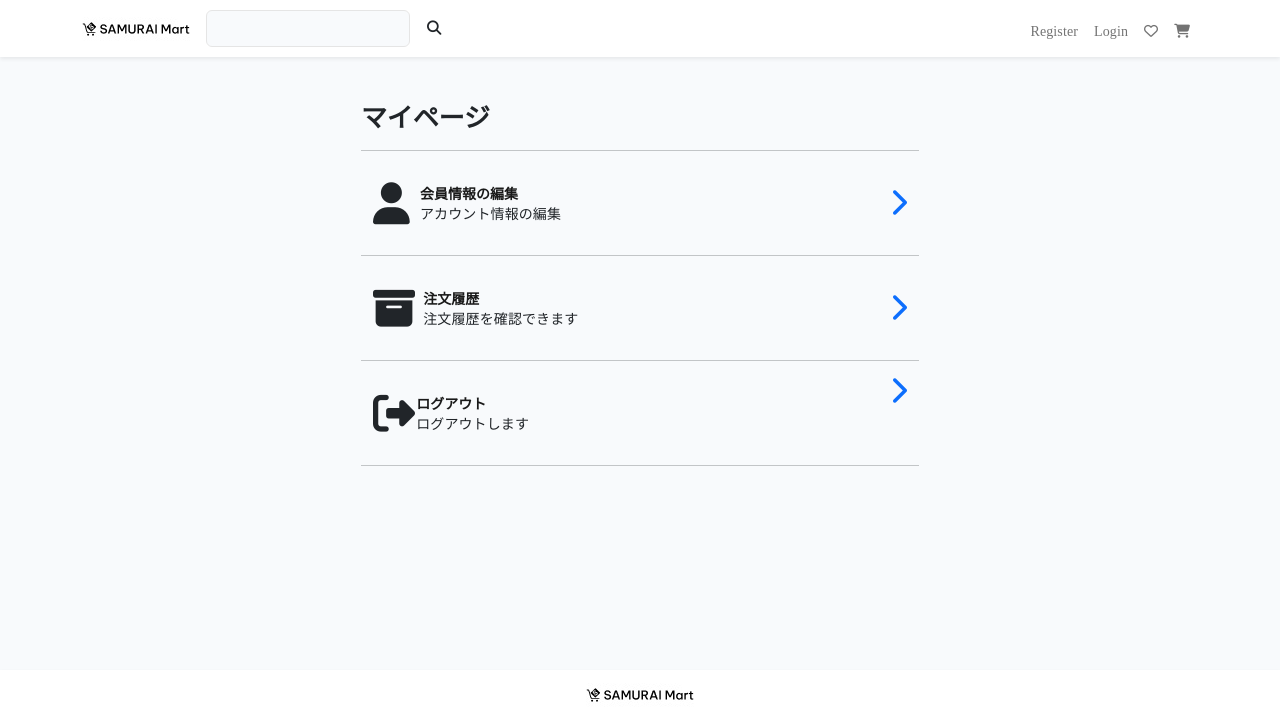
Repository: Satoshi514/laravel_samuraimart
Page: http://localhost/users/mypage
An editor plug-in stored every save of this project. The page is shown before and after the next save, followed by the edit.
The browser window is 1280 px wide. The pictures show the whole page.
Some web libraries are served in a nearby version. The page is served by the project's Laravel application, run on PHP 8.4 with Laravel 9. Other server files are loaded and not shown. Style sheets and scripts are compiled from the project's sources, by tool versions that may differ from the author's.

Above is the page before, as saved 2023-06-02 19:47:40.

### routes/web.php
<?php

use Illuminate\Support\Facades\Route;
use App\Http\Controllers\ProductController;
use App\Http\Controllers\UserController;
use App\Http\Controllers\ReviewController;

/*
|--------------------------------------------------------------------------
| Web Routes
|--------------------------------------------------------------------------
|
| Here is where you can register web routes for your application. These
| routes are loaded by the RouteServiceProvider within a group which
| contains the "web" middleware group. Now create something great!
|
*/

Route::get('/', function () {
    return view('welcome');
});

Route::controller(UserController::class)->group(function () {
    Route::get('users/mypage', 'mypage')->name('mypage');
    Route::get('users/mypage/edit', 'edit')->name('mypage.edit');
    Route::put('users/mypage', 'update')->name('mypage.update');
    Route::get('users/mypage/password/edit', 'edit_password')->name('mypage.edit_password');
    Route::put('users/mypage/password','update_password')->name('mypage.update_password');
});

Route::post('reviews', [ReviewController::class, 'store'])->name('reviews.store');

Route::get('products/{product}/favorite', [ProductController::class, 'favorite'])->name('products.favorite');
Route::resource('products', ProductController::class)->middleware(['auth', 'verified']);
Auth::routes(['verify' => true]);

Route::get('/home', [App\Http\Controllers\HomeController::class, 'index'])->name('home');

### app/Http/Controllers/Usercontroller.php
<?php

namespace App\Http\Controllers;

use App\Models\User;
use Illuminate\Support\Facades\Auth;
use Illuminate\Http\Request;

class UserController extends Controller
{
    public function mypage() {
        $user = Auth::user();

        return view('users.mypage', compact('user'));
    }

    /**
     * Show the form for editing the specified resource.
     *
     * @param  \App\Models\User  $user
     * @return \Illuminate\Http\Response
     */
    public function edit(User $user)
    {
        $user = Auth::user();

        return view('users.edit', compact('user'));
    }

    /**
     * Update the specified resource in storage.
     *
     * @param  \Illuminate\Http\Request  $request
     * @param  \App\Models\User  $user
     * @return \Illuminate\Http\Response
     */
    public function update(Request $request, User $user)
    {
        $user = Auth::user();

        $user->name = $request->input('name') ? $request->input('name') : $user->name;
        $user->email = $request->input('email') ? $request->input('email') : $user->email;
        $user->postal_code = $request->input('postal_code') ? $request->input('postal_code') : $user->postal_code;
        $user->address = $request->input('address') ? $request->input('address') : $user->address;
        $user->phone = $request->input('phone') ? $request->input('phone') : $user->phone;
        $user->update();

        return to_route('mypage');
    }

    public function update_password(Request $request) {
        $validdatedData = $request->validate([
            'password' => 'required|confirmed',
        ]);

        $user = Auth::user();

        if($request->input('password') == $request->input('passqord_confirmation')) {
            $user->password = bcrypt($request->input('password'));
            $user->update();
        } else {
            return to_route('mypage.edit_password');
        }

        return to_route('mypage');
    }

    public function edit_password() {

        return view('users.edit_password');
    }
}

### resources/views/users/mypage.blade.php
@extends('layouts.app')

@section('content')
<div class="container d-flex justify-content-center mt-3">
  <div class="w-50">
    <h1>マイページ</h1>

    <hr>

    <div class="container">
      <div class="d-flex justify-content-between">
        <div class="row">
          <div class="col-2 d-flex align-items-center">
            <i class="fas fa-user fa-3x"></i>
          </div>
          <div class="col-9 d-flex align-items-center ms-2 mt-3">
            <div class="d-flex flex-column">
              <label for="user-name">会員情報の編集</label>
              <p>アカウント情報の編集</p>
            </div>
          </div>
        </div>
        <div class="d-flex align-items-center">
          <a href="{{ route('mypage.edit')}}">
            <i class="fas fa-chevron-right fa-2x"></i>
          </a>
        </div>
      </div>
    </div>

    <hr>

    <div class="container">
      <div class="d-flex justify-content-between">
        <div class="row">
          <div class="col-2 d-flex align-items-center">
             <i class="fas fa-archive fa-3x"></i>
          </div>
          <div class="col-9 d-flex align-items-center ms-2 mt-3">
            <div class="d-flex flex-column">
               <label for="user-name">注文履歴</label>
               <p>注文履歴を確認できます</p>
            </div>
          </div>
        </div>
        <div class="d-flex align-items-center">
           <a href="{{ route('mypage')}}">
             <i class="fas fa-chevron-right fa-2x"></i>
           </a>
         </div>
       </div>
     </div>

     <hr>

     <div class="container">
      <div class="d-flex justify-content-between">
        <div class="row">
          <div class="col-2 d-flex align-items-center">
            <i class="fas fa-sign-out-alt fa-3x"></i>
          </div>
          <div class="col-9 d-flex align-items-center ms-2 mt-3">
            <div class="d-flex flex-column">
            <label for="user-name">ログアウト</label>
            <p>ログアウトします</p>
          </div>
        </div>
      </div>
      <div class="d-flex flex-items-center">
        <a href="{{ route('logout') }}" onclick="event.preventDefault(); document.getElementById('logout-form').submit();">
            <i class="fas fa-chevron-right fa-2x"></i>
        </a>

        <form id="logout-form" action="{{ route('logout') }}" method="POST" style="display: none;">
           @csrf
        </form>
      </div>
    </div>
  </div>

  <hr>
 </div>
</div>
@endsection

### resources/views/layouts/app.blade.php
<!doctype html>
<html lang="{{ str_replace('_', '-', app()->getLocale()) }}">
<head>
    <meta charset="utf-8">
    <meta name="viewport" content="width=device-width, initial-scale=1">

    <!-- CSRF Token -->
    <meta name="csrf-token" content="{{ csrf_token() }}">

    <title>{{ config('app.name', 'Laravel') }}</title>

    <!-- Fonts -->
    <link rel="dns-prefetch" href="//fonts.bunny.net">
    <link href="https://fonts.bunny.net/css?family=Nunito" rel="stylesheet">

    <!-- Scripts -->
    @vite(['resources/sass/app.scss', 'resources/js/app.js'])
     <script src="https://kit.fontawesome.com/a29041c296.js" crossorigin="anonymous"></script>
    <!-- Styles -->
    <link href="{{ asset('css/samuraimart.css') }}" rel="stylesheet">
</head>
<body>
    <div id="app">
        @component('components.header')
        @endcomponent

        <main class="py-4 mb-5">
            @yield('content')
        </main>

        @component('components.footer')
        @endcomponent
    </div>
</body>
</html>

### resources/views/components/header.blade.php
<nav class="navbar navbar-expand-md navbar-light shadow-sm samuraimart-header-container">
  <div class="container">
    <a class="navbar-brand" href="{{ url('/') }}">
      <img src="{{asset('img/logo.jpg')}}">
    </a>
    <form class="row g-1">
      <div class="col-auto">
        <input class="form-control samuraimart-header-search-input">
      </div>
      <div class="col-auto">
        <button type="submit" class="btn samuraimart-header-search-button"><i class="fas fa-search samuraimart-header-search-icon"></i></button>
      </div>
    </form>
    <button class="navbar-toggler" type="button" data-bs-toggle="collapse" data-bs-target="#navbarSupportedContent" aria-controls="navbarSupportedContent" aria-expanded="false" aria-label="{{ __('Toggle navigation') }}">
      <span class="navbar-toggler-icon"></span>
    </button>

    <div class="collpase navbar-collapse" id="navbarSupportedContent">
      <!-- Right Side Of Navbar -->
      <ul class="navbar-nav ms-auto mr-5 mt-2">
        <!-- Authentication Links -->
        @guest
        <li class="nav-item mr-5">
          <a class="nav-link" href="{{ route('register') }}">{{ __('Register') }}</a>
        </li>
        <li class="nav-item mr-5">
          <a class="nav-link" href="{{ route('login') }}">{{ __('Login') }}</a>
        </li>
        <hr>
        <li class="nav-item mr-5">
          <a class="nav-link" href="{{ route('login') }}"><i class="far fa-heart"></i></a>
        </li>
        <li class="nav-item mr-5">
          <a class="nav-link" href="{{ route('login') }}"><i class="fas fa-shopping-cart"></i></a>
        </li>
        @else
        <li class="nav-item mr-5">
          <a class="nav-link" href="{{ route('mypage') }}">
            <i class="fas fa-user mr-1"></i><label>マイページ</label>
          </a>
        </li>
        @endguest
      </ul>
    </div>
  </div>
</nav>

### resources/views/components/footer.blade.php
<nav class="navbar navbar-expand-md navbar-light bg-white shadow-sm fixed-bottom mt-5">
  <a class="navbar-brand mx-auto" href="{{ url('/') }}">
    <img src="{{asset('img/logo.jpg')}}" class="img-fluid">
  </a>
</nav>

### public/css/samuraimart.css
@font-face {
  font-family: YuGo;
  src: local(YuGo-Medium),
  url(/path/to/YuGo/Medium.woffz) format("woff2"),
  url(/path/to/YuGo-Medium.woff) format("woff"),
  url(/path/to/YuGo-Medium.ttf) format("truetype");
  font-weight: 500;
  font-style: normal;
  font-stretch: normal;
}

@font-face {
  font-family: YuGo;
  src: local(YuGo-Bold),
  url(/psth/to/YuGo-Bold.woff2) format("woff2"),
  url(/path/to/YuGo-Bold.woff) format("woff"),
  url(/path/to/YuGo-Bold.ttf) format("truetype");
  font-weight: bold;
  font-style: normal;
  font-stretch: normal;
}

h1 {
  font-family: YuGo;
  font-size: 26px;
  font-weight: bold;
  font-stretch: normal;
  font-style: normal;
  line-height: normal;
  letter-spacing: -0.13px;
}

h2 {
  font-family: YuGo;
  font-size: 22px;
  font-weight: bold;
  font-stretch: normal;
  font-style: normal;
  line-height: normal;
  letter-spacing: normal;
}

h3 {
  font-family: YuGo;
  font-size: 18px;
  font-weight: bold;
  font-stretch: normal;
  font-style: normal;
  line-height: normal;
  letter-spacing: 0.08px;
  }

big {
  font-family: Yugo;
  font-size: 16px;
  font-weight: 500;
  font-stretch: normal;
  font-style: normal;
  line-height: normal;
  letter-spacing: 0.08px;
}

body {
  font-family: Yugo;
  font-size: 14px;
  font-weight: 500;
  font-weight: normal;
  font-style: normal;
  line-height: normal;
  letter-spacing: 0.11px;
}

caption {
  font-family: YuGo;
  font-size: 12px;
  font-weight: 500;
  font-stretch: normal;
  font-style: normal;
  line-height: normal;
  letter-spacing: 0.08px;
}

label {
  font-family: YuGo;
  font-size: 14px;
  font-weight: bold;
  font-stretch: normal;
  font-style: normal;
  line-height: normal;
  letter-spacing: normal;
  color: #191919;
}

.samuraimart-login-input {
  border-radius: 2px;
  border: solid 1px #b2b2b2;
  background-color: #ffffff;
}

.samuraimart-check-label {
  font-family: YuGo;
  font-size: 12px;
  font-weight: 500;
  font-stretch: normal;
  font-style: normal;
  line-height: normal;
  letter-spacing: normal;
  color: #000000;
}

.samuraimart-require-input-label {
  border-radius: 1px;
  background-color: #e2001b;
}

.samuraimart-require-input-label-text {
  font-family: YuGo;
  font-size: 14px;
  font-weight: 500;
  font-stretch: normal;
  font-style: normal;
  line-height: normal;
  letter-spacing: normal;
  color: #ffffff;
}

.samuraimart-submit-button {
  font-family: YuGo;
  font-size: 14px;
  font-weight: bold;
  font-stretch: normal;
  font-style: normal;
  line-height: normal;
  letter-spacing: normal;
  color: #ffffff;
  background-color: #0fbe9f;
}

.samuraimart-login-text {
  font-family: YuGo;
  font-size: 14px;
  font-weight: bold;
  font-stretch: normal;
  font-style: normal;
  line-height: normal;
  letter-spacing: normal;
  color: #0fbe9f;
}

.samuraimart-header-container {
  box-shadow: 0 1px 1px 0 rgba(0, 0, 0, 0.1);
  background-color: #ffffff;
}

.samuraimart-header-search-input {
  border: solid 1px #e5e5e5;
}

.samuraimart-header-serch-button {
  background-color: #0fbe9f;
}

.samuraimart-header-fav-icon {
  color: #191919;
}

.samuraimart-header-shoppingcart-icon {
  color: #ffffff;
}

.samuraimart-favorite-button {
  border-radius: 2px;
  border: solid 1px #0fbe9f;
  background-color: #ffffff;
}

.text-favorite {
  color: #0fbe9f;
}

.samuraimart-sidebar-category-label {
  width: 156px;
  height: 20px;
  font-family: YuGo;
  font-size: 13px;
  font-weight: 500;
  font-stretch: normal;
  font-style: normal;
  line-height: normal;
  letter-spacing: #191919;
}

Loaded but not shown: app/Providers/AppServiceProvider.php (common file); app/Http/Controllers/Auth/ConfirmPasswordController.php (common file); app/Http/Controllers/Controller.php (common file); resources/sass/app.scss (common file); resources/sass/_variables.scss (common file)

After the next save:
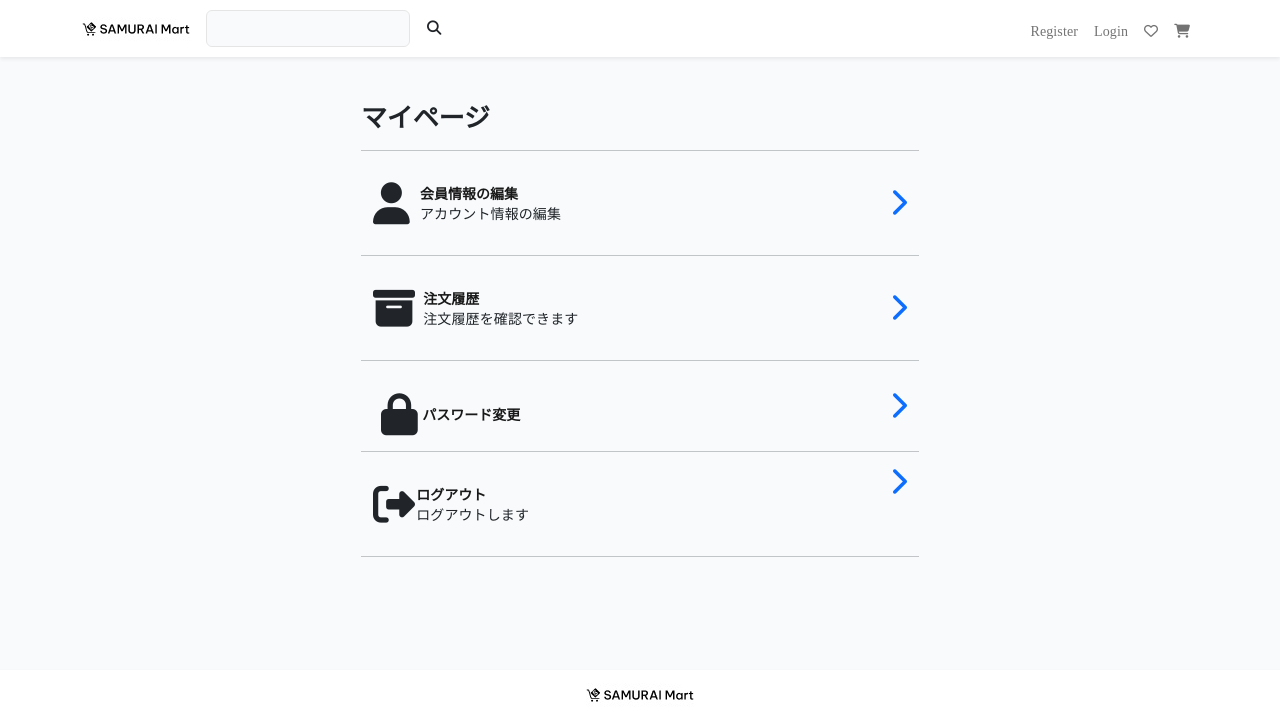
Saved 9 min 28 s later.
--- a/resources/views/users/mypage.blade.php
+++ b/resources/views/users/mypage.blade.php
@@ -56,6 +56,28 @@
      <div class="container">
       <div class="d-flex justify-content-between">
         <div class="row">
+          <div class="col-2 d-flex align-canter ms-2 mt-3">
+             <i class="fas fa-lock fa-3x"></i>
+          </div>
+          <div class="col-9 d-flex align-items-center ms-2 mt-3">
+            <div class="d-flex flex-column">
+              <label for="user-name">パスワード変更</label>
+            </div>
+          </div>
+        </div>
+        <div class="d-flex align-items-center">
+          <a href="{{ route('mypage.edit_password') }}">
+            <i class="fas fa-chevron-right fa-2x"></i>
+          </a>
+        </div>
+      </div>
+    </div>
+
+    <hr>
+
+     <div class="container">
+      <div class="d-flex justify-content-between">
+        <div class="row">
           <div class="col-2 d-flex align-items-center">
             <i class="fas fa-sign-out-alt fa-3x"></i>
           </div>
